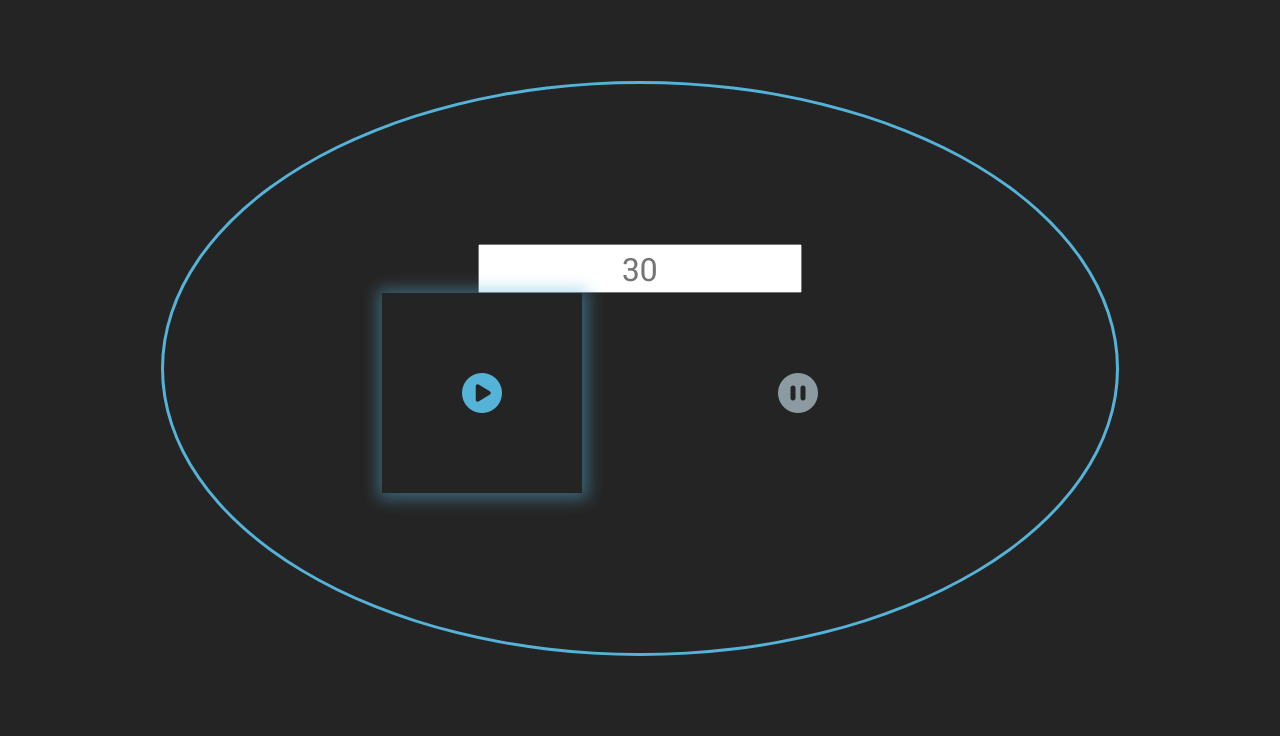
Repository: Sbethm/javascript-challenges
Page: index.html
These files come from the project's save history. The page is drawn as it stood at one moment and after the next save; the edit follows.
The browser window is 1280 px wide. The pictures show the whole page.
Some web libraries are served in a nearby version. The style sheet was rebuilt from its Sass, Less or Tailwind sources for each picture, by a compiler version that may differ from the author's.

Above is the page before, as saved 2021-09-17 09:49:58.

After the next save:
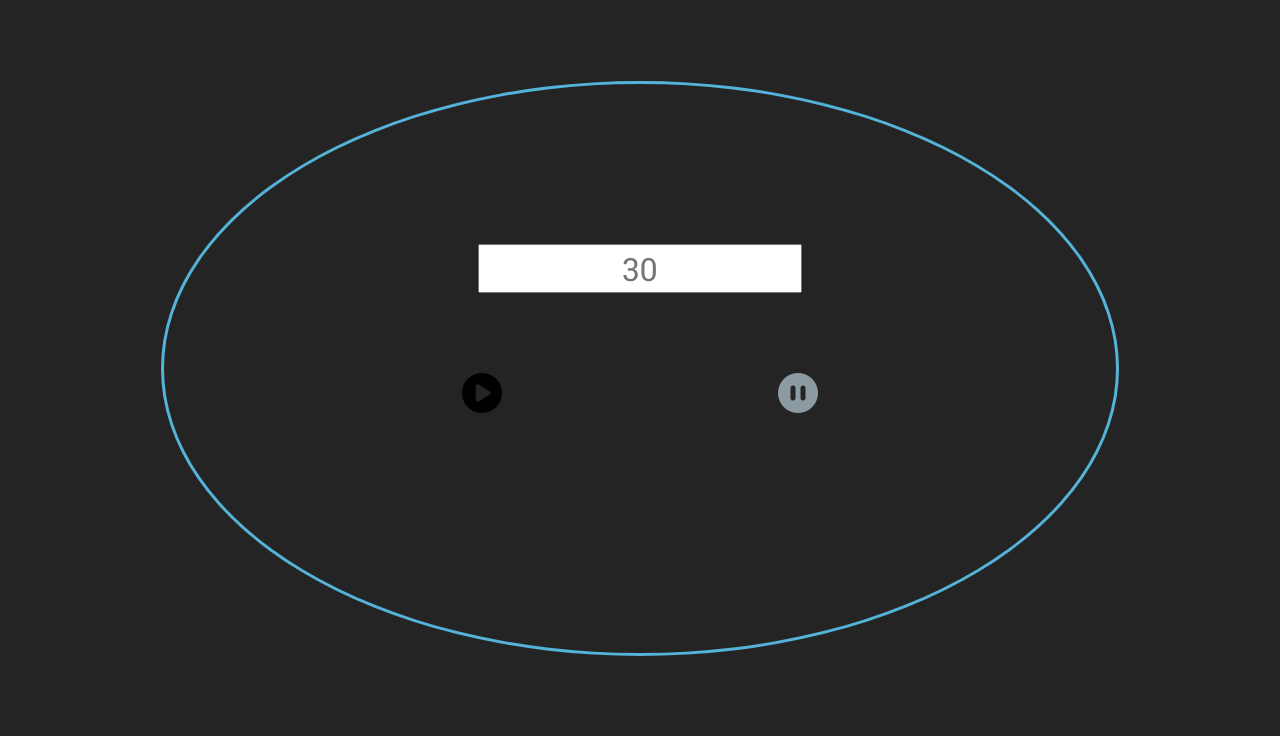
Saved 26 s later.
--- a/SCSS/main.scss
+++ b/SCSS/main.scss
@@ -48,7 +48,7 @@
     grid-area: 2 / 2 / 3 / 3;
 }
 
-.active {
+i .active {
     color: $activeColor;
     box-shadow: 1px 1px 15px 5px rgba(85,179,216,0.46);
 }

After the 3 saves that followed:
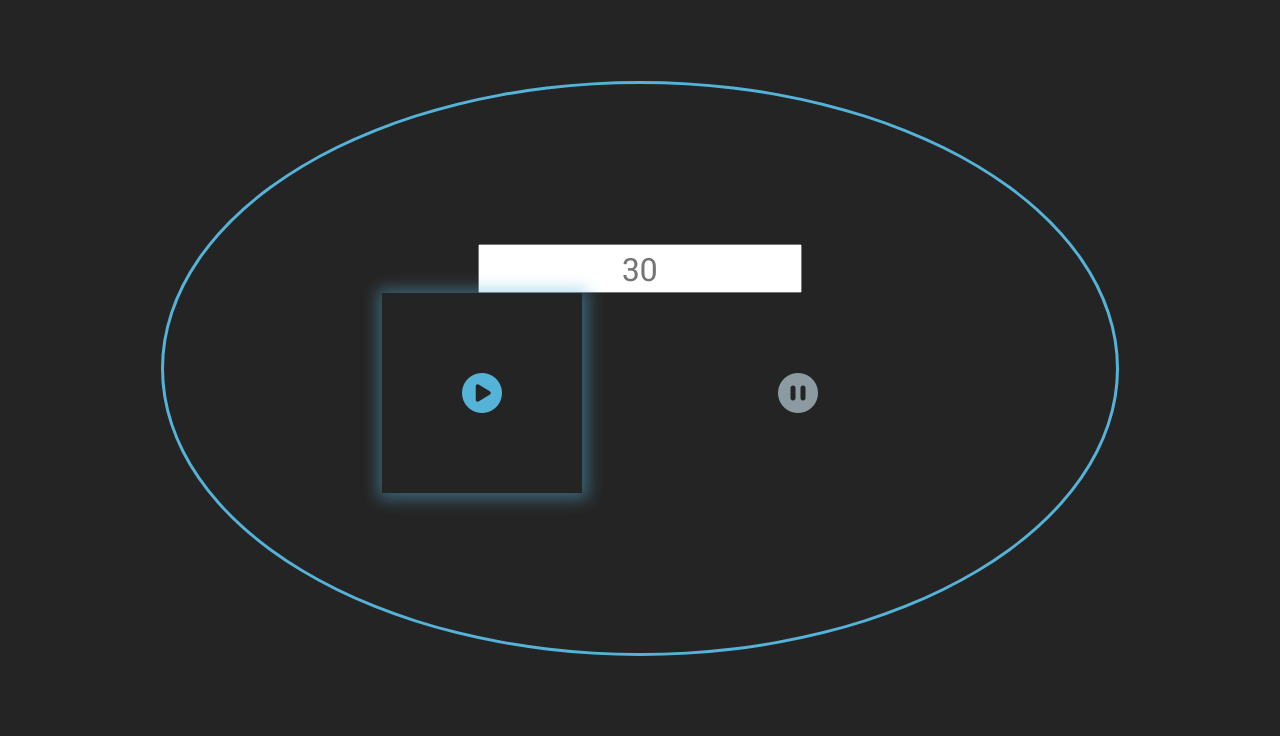
The 3 saves are shown as one change because they came seconds apart.
The last was saved 12 s later.
--- a/SCSS/main.scss
+++ b/SCSS/main.scss
@@ -48,7 +48,9 @@
     grid-area: 2 / 2 / 3 / 3;
 }
 
-i .active {
+i {
+
+}.active {
     color: $activeColor;
     box-shadow: 1px 1px 15px 5px rgba(85,179,216,0.46);
 }
